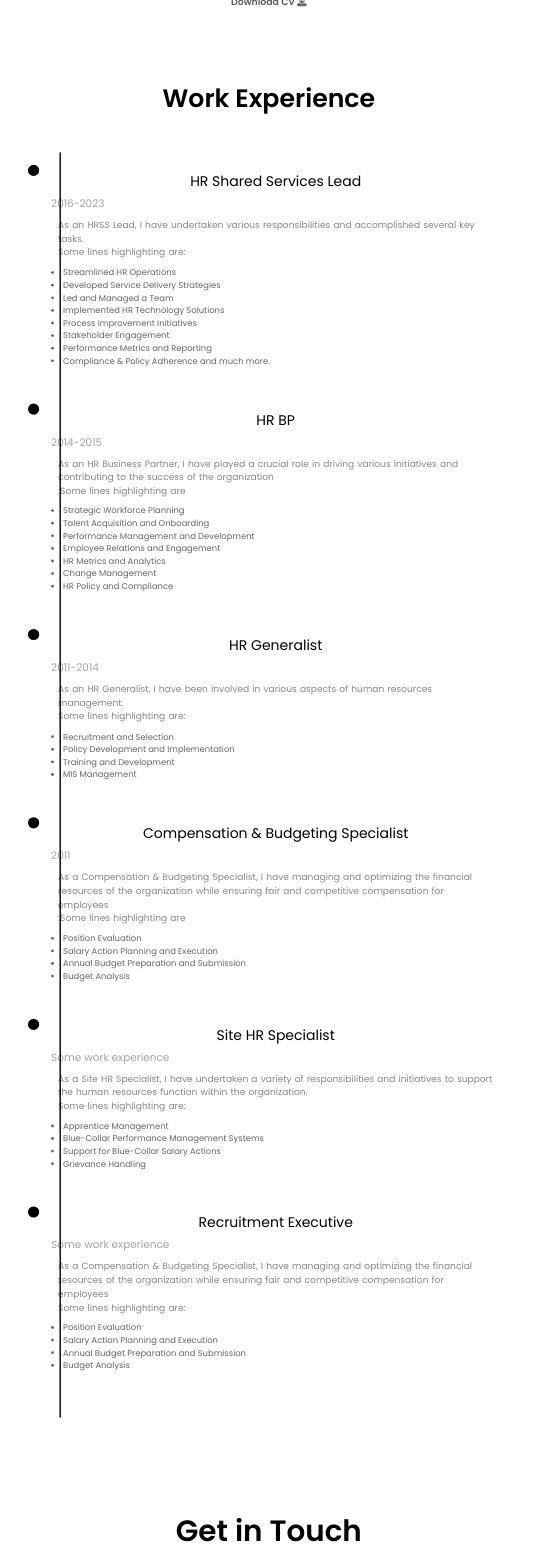
Repository: xoshiraghavx/Niharika-portfolio
Page: index.html
The author's editor kept a copy of each file at every save. The page is drawn from the files as they stood at one save, then again after the next save.
The browser window is 768 px wide. The pictures show the part of the page from y = 1439 to 3679 px (the page is 4187 px tall), at 70% of full size.
Some web libraries are served in a nearby version.

Above is the page before, as saved 2023-06-16 11:10:47.

After the next save:
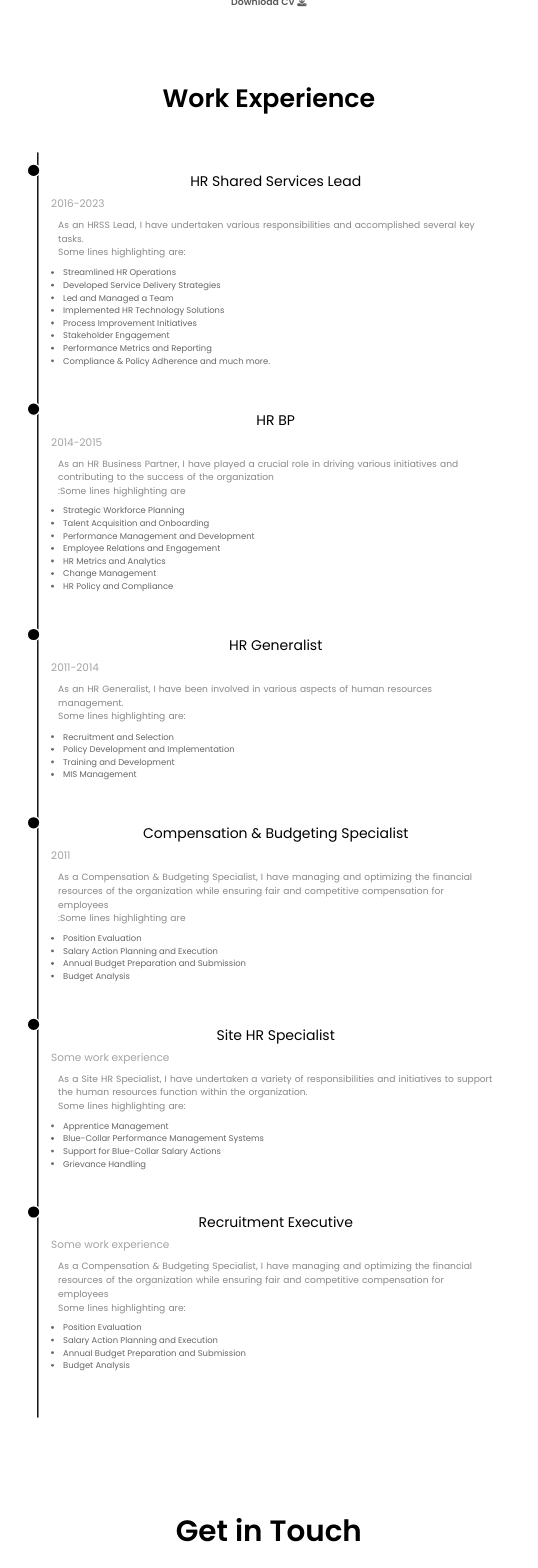
Saved 7 s later.
--- a/css/index.css
+++ b/css/index.css
@@ -298,7 +298,7 @@
         content: '';
         position: absolute;
         top: 0;
-        left: 3rem;
+        left: 1rem;
         margin-left: -1px;
         width: 2px;
         height: 100%;
